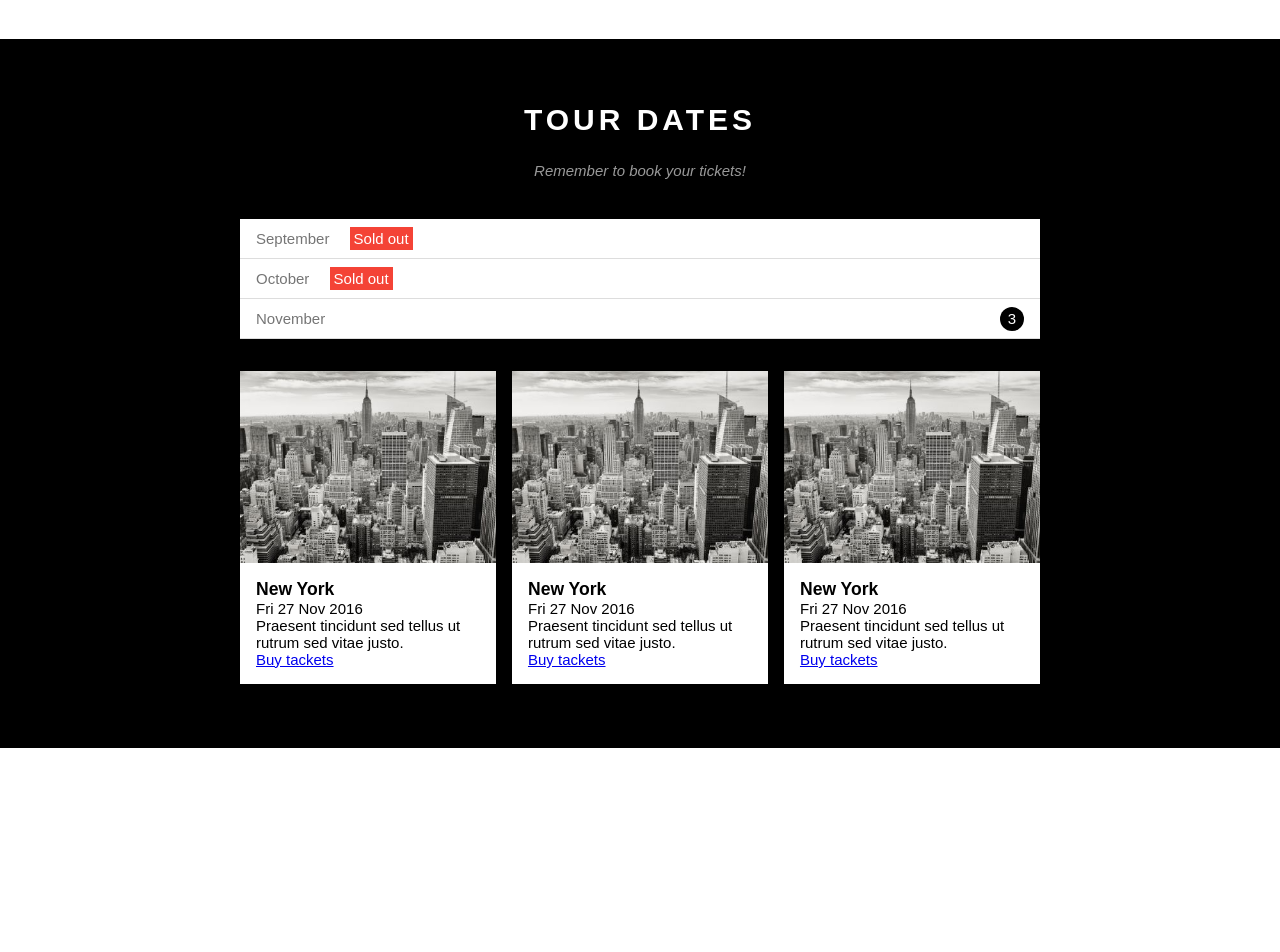
Repository: Phunobita/The-band-w3school
Page: index.html
These files come from the project's save history. The page is drawn as it stood at one moment and after the next save; the edit follows.
The browser window is 1280 px wide. The pictures show the part of the page from y = 904 to 1856 px (the page is 1856 px tall before and 1852 px after).
A picture or video elsewhere on the page could not be fetched, so the positions and the page height are approximate.

Above is the page before, as saved 2021-12-02 22:38:24.

After the next save:
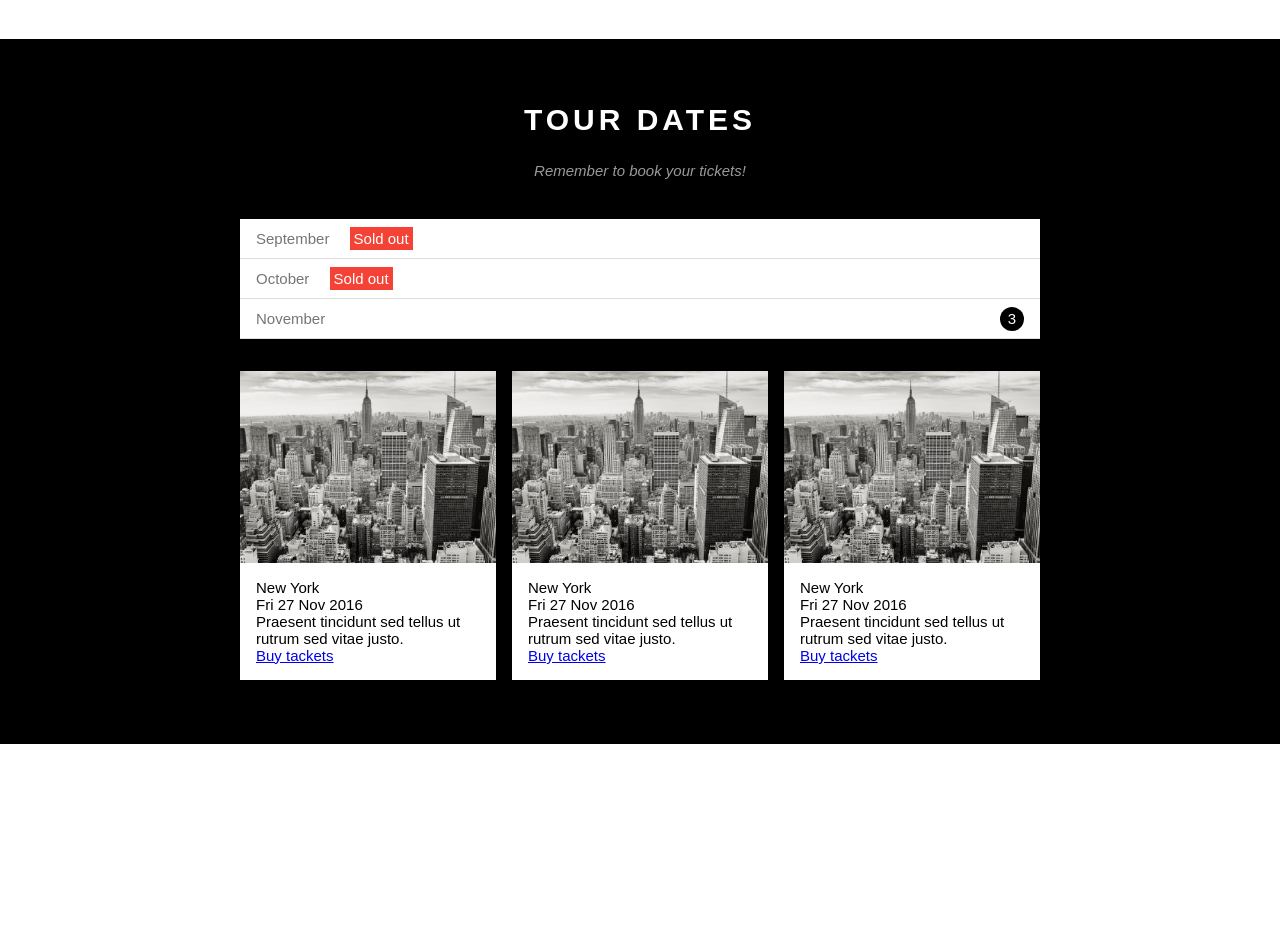
Saved 29 s later.
--- a/assets/css/style.css
+++ b/assets/css/style.css
@@ -207,6 +207,8 @@
   font-size: 15px;
 }
 .place-heading {
+  font-size: 15px;
+  font-weight: 500;
 }
 .place-time {
 }
